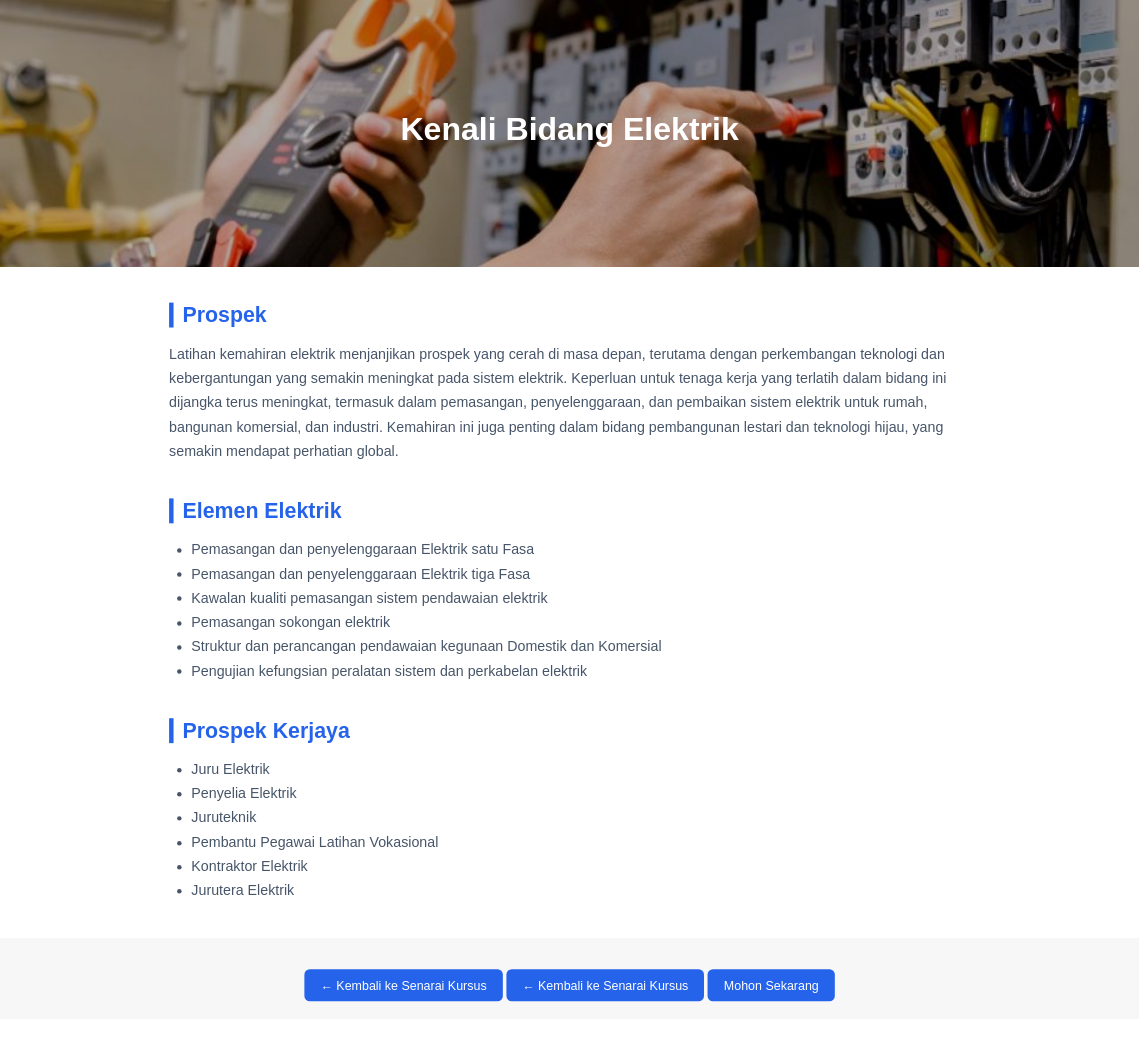
Repository: Aliyamai/SPB1K
Page: kursusElektrik.html
An editor plug-in stored every save of this project. The page is shown before and after the next save, followed by the edit.
The browser window is 1280 px wide. The pictures show the whole page, at 89% of full size.

Above is the page before, as saved 2025-11-21 09:09:41.

### kursusElektrik.html
<!DOCTYPE html>
<html lang="ms">
<head>
  <meta charset="UTF-8">
  <meta name="viewport" content="width=device-width, initial-scale=1.0">
  <title>Elemen Elektrik - Kursus TVET</title>
  <link rel="stylesheet" href="style.css">
</head>
<body>

  <!-- Header / Banner -->
  <section class="banner">
    <img src="assets/images/electric.jpg" alt="Kursus Elemen Elektrik">
    <div class="banner-text">
      <h1>Kenali Bidang Elektrik</h1>
       </div>
  </section>

  <!-- Kenali Bidang -->
  <section class="content">
    <h2>Prospek</h2>
    <p>
      Latihan kemahiran elektrik menjanjikan prospek yang cerah di masa depan, terutama dengan perkembangan teknologi dan kebergantungan yang semakin meningkat pada sistem elektrik.
      Keperluan untuk tenaga kerja yang terlatih dalam bidang ini dijangka terus meningkat, termasuk dalam pemasangan, penyelenggaraan, dan pembaikan sistem elektrik untuk rumah, bangunan komersial, dan industri.
      Kemahiran ini juga penting dalam bidang pembangunan lestari dan teknologi hijau, yang semakin mendapat perhatian global.
    </p>
  </section>

  <!-- Elemen Kursus -->
  <section class="content">
    <h2>Elemen Elektrik</h2>
    <ul>
      <li>Pemasangan dan penyelenggaraan Elektrik satu Fasa</li>
      <li>Pemasangan dan penyelenggaraan Elektrik tiga Fasa</li>
      <li>Kawalan kualiti pemasangan sistem pendawaian elektrik</li>
      <li>Pemasangan sokongan elektrik</li>
      <li>Struktur dan perancangan pendawaian kegunaan Domestik dan Komersial</li>
      <li>Pengujian kefungsian peralatan sistem dan perkabelan elektrik</li>
    </ul>
  </section>

  <!-- Prospek Kerjaya -->
  <section class="content">
    <h2>Prospek Kerjaya</h2>
    <ul>
      <li>Juru Elektrik</li>
      <li>Penyelia Elektrik</li>
      <li>Juruteknik</li>
      <li>Pembantu Pegawai Latihan Vokasional</li>
      <li>Kontraktor Elektrik</li>
      <li>Jurutera Elektrik</li>
    </ul>
  </section>

  <footer>
    <a href="kursus.html" class="btn">← Kembali ke Senarai Kursus</a>
    <a href="kursus.html" class="btn">← Kembali ke Senarai Kursus</a>
    <a href="borangElektrik.html" class="btn">Mohon Sekarang</a>
  </footer>

</body>
</html>

### style.css
body {
  margin: 0;
  font-family: 'Poppins', sans-serif;
  background: #ffffff;
  color: #222;
}


.logo img {
  height: 90px;
  width: auto;
  object-fit: contain;
  display: block;
}

nav a {
  color: white;
  text-decoration: none;
  margin-left: 25px;
  font-weight: 600;
}

nav a.active {
  border-bottom: 2px solid #fff;
}

/* Hero Section */
.hero {
  position: relative;
  display: flex;
  align-items: center;
  justify-content: space-between;
  padding: 60px 10%;
  background: #f3f2f1;
  overflow: hidden;
}

.hero::before {
  content: "";
  position: absolute;
  top: 0;
  left: 0;
  width: 100%;
  height: 100%;
  background: url('assets/images/electric.jpg') center/cover no-repeat;
  opacity: 0.3;
  z-index: 0;
}

.hero > * {
  position: relative;
  z-index: 1;
}


.hero-text {
  max-width: 50%;
}

.hero-text h1 {
  font-size: 36px;
  color: #1a1a1a;
}

.hero-text p {
  color: #1a1a1aff;
  line-height: 1.6;
}

.hero img {
  width: 40%;
  border-radius: 10px;
  box-shadow: 0 8px 25px rgba(0,0,0,0.1);
}

.btn {
  display: inline-block;
  background: #ff8a00;
  color: #fff;
  padding: 10px 20px;
  border-radius: 8px;
  text-decoration: none;
  font-weight: 600;
  margin-top: 15px;
  transition: background 0.3s ease;
}

.btn:hover {
  background: #e67600;
}

.about {
  padding: 60px 10%;
  text-align: center;
}

.about h2 {
  color: #ff8a00;
  font-size: 28px;
}

.misi-visi {
  display: flex;
  justify-content: center;
  gap: 25px;
  margin-top: 30px;
}

.card {
  background: #fff;
  border: 1px solid #eee;
  border-radius: 10px;
  padding: 20px;
  width: 250px;
  box-shadow: 0 4px 10px rgba(0,0,0,0.05);
}

.card h3 {
  color: #ff8a00;
}



/* Footer */
footer {
  background: #f7f7f7;
  text-align: center;
  padding: 20px 0;
  color: #666;
  font-size: 14px;
}

/* About Section */
.about {
  padding: 70px 20px;
  max-width: 1000px;
  margin: auto;
  border-radius: 12px;
  line-height: 1.8;
  animation: fadeIn 1s ease-in-out;
}

/* Misi Section */
.misi {
  padding: 70px 20px;
  background: #ff95001a;
}

.misi h2 {
  text-align: center;
  color: #002b5c;
  font-size: 1.8rem;
}

.misi .intro, .misi .closing {
  max-width: 900px;
  margin: 20px auto;
  line-height: 1.8;
  text-align: center;
}

.misi-list {
  display: grid;
  grid-template-columns: repeat(auto-fit, minmax(280px, 1fr));
  gap: 25px;
  margin: 40px auto;
  max-width: 1000px;
}

.misi-list .card {
  background: white;
  padding: 25px;
  border-radius: 12px;
  box-shadow: 0 3px 10px rgba(0,0,0,0.1);
  transition: transform 0.3s ease;
}

.misi-list .card:hover {
  transform: translateY(-5px);
}

.misi-list h3 {
  color: #ff9500;
  margin-bottom: 10px;
}


/* page projek */

.projek-hero {
  background: linear-gradient(rgba(0,43,92,0.7), rgba(0,43,92,0.7)),
              url('assets/images/flyer.jpg') center/cover no-repeat;
  color: white;
  text-align: center;
  padding: 100px 20px;
  animation: fadeIn 1s ease-in-out;
}

.projek-hero h1 {
  font-size: 2rem;
  color: #ff9500;
}

.projek-intro {
  max-width: 900px;
  margin: 60px auto;
  padding: 0 20px;
  line-height: 1.8;
  color: #333;
  animation: fadeIn 1s ease-in-out;
}

.projek-detail {
  display: flex;
  justify-content: center;
  align-items: flex-start;
  flex-wrap: wrap;
  gap: 40px;
  padding: 60px 20px;
  background: #f8f9fb;
}

.kriteria, .kelebihan {
  background: white;
  border-radius: 12px;
  padding: 25px;
  box-shadow: 0 3px 10px rgba(0,0,0,0.1);
  width: 400px;
  animation: fadeInUp 1s ease;
}

.kriteria h2, .kelebihan h2 {
  color: #002b5c;
  margin-bottom: 15px;
  border-left: 6px solid #ff9500;
  padding-left: 10px;
}

.kriteria ul, .kelebihan ul {
  list-style: none;
  padding: 0;
}

.kriteria li, .kelebihan li {
  margin: 8px 0;
  padding-left: 20px;
  position: relative;
}

.kriteria li::before, .kelebihan li::before {
  content: "✔";
  color: #ff9500;
  position: absolute;
  left: 0;
}

.note {
  font-size: 0.9rem;
  color: #666;
  margin-top: 10px;
}

/* Animasi */
@keyframes fadeInUp {
  from { opacity: 0; transform: translateY(30px); }
  to { opacity: 1; transform: translateY(0); }
}

/* senarai kursus */

body {
  font-family: 'Poppins', sans-serif;
  margin: 0;
  padding: 0;
  background: #f8f9fa;
  color: #333;
}

header {
  background: #1e293b;
  color: #fff;
  padding: 20px;
  text-align: center;
}

h1 {
  margin: 0;
  font-size: 28px;
}

.container {
  width: 90%;
  max-width: 1100px;
  margin: 30px auto;
}

.section-title {
  font-size: 24px;
  margin: 20px 0;
  border-left: 5px solid #2563eb;
  padding-left: 10px;
  color: #2563eb;
}

.kursus-grid {
  display: grid;
  grid-template-columns: repeat(auto-fit, minmax(250px, 1fr));
  gap: 20px;
}

.kursus-card {
  background: #fff;
  border-radius: 10px;
  box-shadow: 0 3px 10px rgba(0, 0, 0, 0.1);
  overflow: hidden;
  transition: transform 0.2s ease, box-shadow 0.2s ease;
}

.kursus-card:hover {
  transform: translateY(-5px);
  box-shadow: 0 6px 15px rgba(0, 0, 0, 0.15);
}

.kursus-img {
  width: 100%;
  height: 180px;
  overflow: hidden;
}

.kursus-img img {
  width: 100%;
  height: 100%;
  object-fit: cover;
}

.kursus-info {
  padding: 15px;
  text-align: center;
}

.kursus-info h3 {
  margin: 0 0 10px 0;
  font-size: 18px;
  color: #1e293b;
}

.kursus-info p {
  font-size: 14px;
  color: #475569;
  margin-bottom: 15px;
}

.btn {
  display: inline-block;
  background: #f97316;
  color: #fff;
  text-decoration: none;
  padding: 8px 14px;
  border-radius: 6px;
  font-size: 14px;
  font-weight: 500;
  transition: background 0.2s ease;
}

.btn:hover {
  background: #ea580c;

}


body {
  margin: 0;
  font-family: 'Poppins', sans-serif;
  background: #fff;
  color: #222;
}

/* header betul */
header {
  display: flex;
  justify-content: space-between;
  align-items: center;
  padding: 15px 40px;
  background: #fffffe;
  color: white;
}

.logo img {
  height: 90px;
  width: auto;
  object-fit: contain;
  display: block;
}

nav a {
  color: rgb(233, 109, 19);
  text-decoration: none;
  margin-left: 25px;
  font-weight: 600;
  position: relative;
}

nav a.active::after {
  content: "";
  position: absolute;
  bottom: -3px;
  left: 0;
  width: 100%;
  height: 2px;
  background: rgb(233, 109, 19);
  border-radius: 2px;
}

nav a:hover {
  opacity: 0.8;
}

.container {
  width: 90%;
  max-width: 1200px;
  margin: 50px auto;
}

h2 {
  color: #f97316;
  border-left: 6px solid #f97316;
  padding-left: 10px;
  margin-bottom: 25px;
}

.kursus-section {
  margin-bottom: 70px;
}


.grid {
  display: grid;
  grid-template-columns: repeat(auto-fit, minmax(300px, 1fr));
  gap: 30px;
}

.card {
  background: #fff;
  border-radius: 16px;
  box-shadow: 0 5px 15px rgba(0,0,0,0.1);
  overflow: hidden;
  transition: all 0.35s ease;
}

.card:hover {
  transform: translateY(-6px);
  box-shadow: 0 10px 25px rgba(0,0,0,0.15);
}

.card img {
  width: 100%;
  height: 200px;
  object-fit: cover;
  display: block;
  transition: transform 0.4s ease;
}

.card:hover img {
  transform: scale(1.07);
}

.card-content {
  padding: 20px;
  text-align: center;
}

.card-content h3 {
  font-size: 20px;
  margin-bottom: 15px;
  color: #1e293b;
}

.btn {
  display: inline-block;
  background: #f97316;
  color: #fff;
  padding: 10px 18px;
  border-radius: 8px;
  text-decoration: none;
  font-weight: 500;
  transition: 0.25s;
}

.btn:hover {
  background: #ea580c;
}

footer {
  text-align: center;
  margin: 40px 0;
}

footer .btn {
  background: #2563eb;
  color: #fff;
  padding: 10px 18px;
  border-radius: 6px;
  text-decoration: none;
  font-weight: 500;
  transition: 0.25s;
}

footer .btn:hover {
  background: #1d4ed8;
}

.banner {
  position: relative;
  width: 100%;
  height: 300px;
  overflow: hidden;
}

.banner img {
  width: 100%;
  height: 100%;
  object-fit: cover;
  filter: brightness(70%);
}

.banner-text {
  position: absolute;
  top: 50%;
  left: 50%;
  transform: translate(-50%, -50%);
  color: #fff;
  text-align: center;
}

.banner-text h1 {
  font-size: 36px;
  margin-bottom: 10px;
}

.banner-text p {
  font-size: 18px;
}

.content {
  width: 90%;
  max-width: 900px;
  margin: 40px auto;
}

.content h2 {
  color: #2563eb;
  border-left: 5px solid #2563eb;
  padding-left: 10px;
  margin-bottom: 15px;
}

.content p, .content ul {
  color: #475569;
  line-height: 1.7;
}

.content ul {
  list-style-type: disc;
  padding-left: 25px;
}

After the next save:
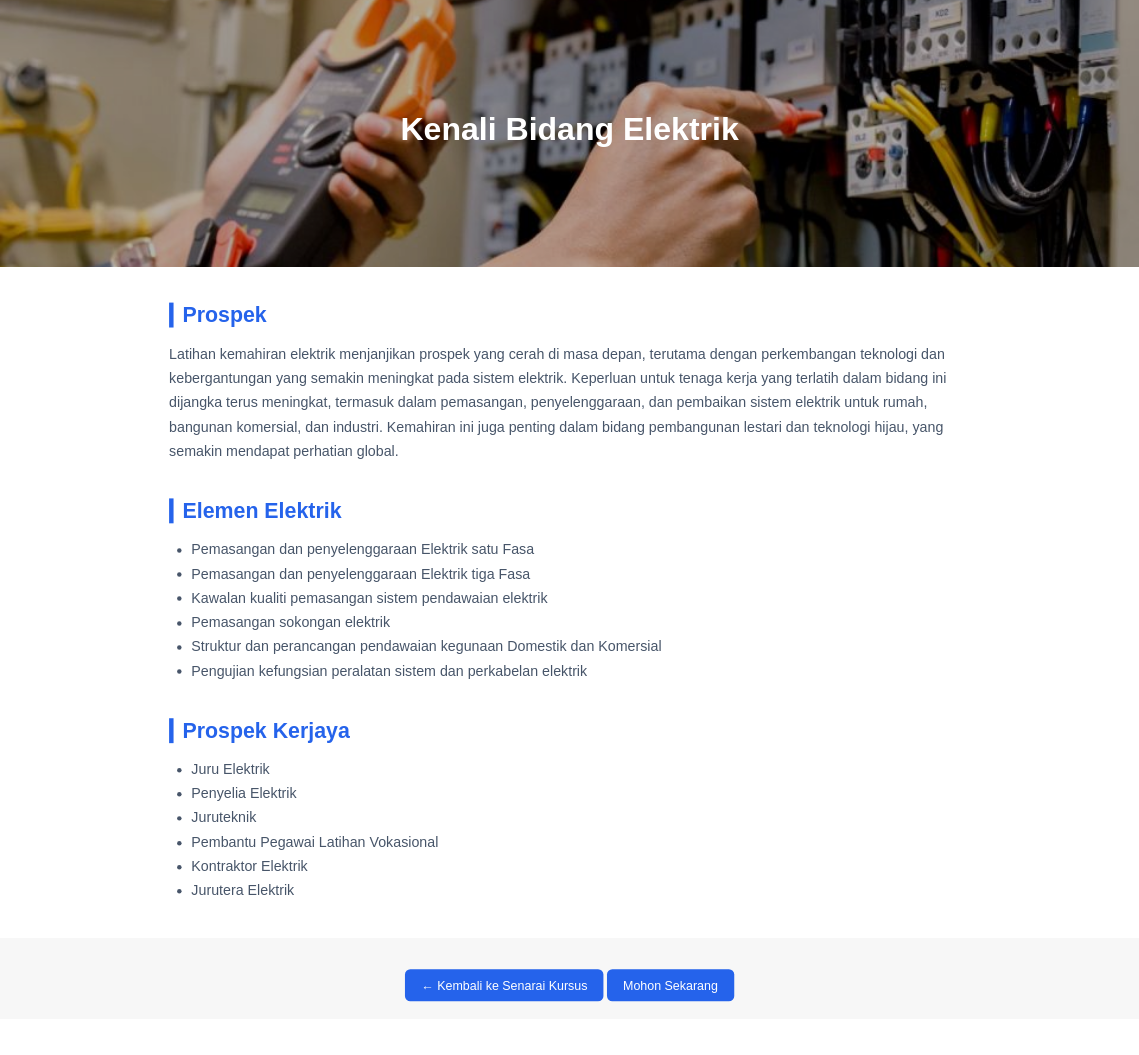
Saved 10 s later.
--- a/kursusElektrik.html
+++ b/kursusElektrik.html
@@ -54,7 +54,6 @@
 
   <footer>
     <a href="kursus.html" class="btn">← Kembali ke Senarai Kursus</a>
-    <a href="kursus.html" class="btn">← Kembali ke Senarai Kursus</a>
     <a href="borangElektrik.html" class="btn">Mohon Sekarang</a>
   </footer>
 
